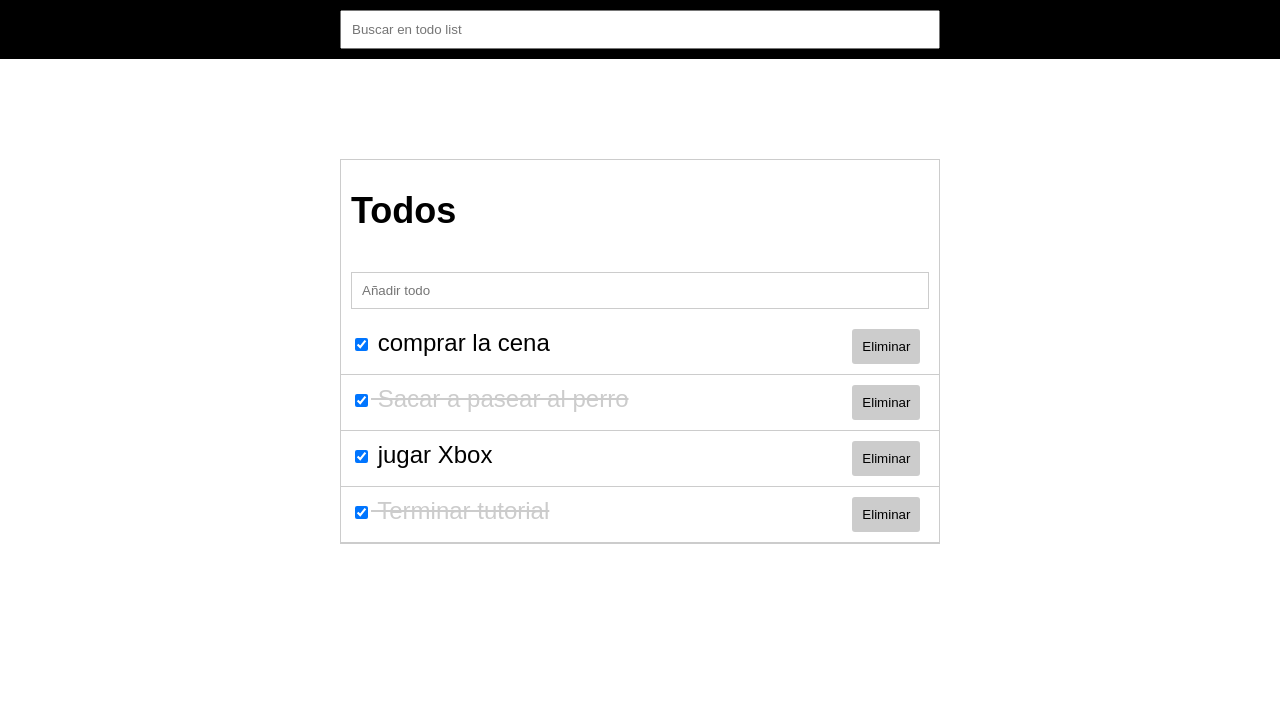
Repository: MauriVaz/Primer-app-con-Vue
Page: /
The author's editor kept a copy of each file at every save. The page is drawn from the files as they stood at one save, then again after the next save.
The browser window is 1280 px wide. The pictures show the whole page.
The project was rebuilt for these pictures with package versions that can differ from the ones it lists, and the page was loaded fresh each time. Also part of the build but not shown: vue.config.js.

Above is the page before, as saved 2022-12-28 21:56:41.

### public/index.html
<!DOCTYPE html>
<html lang="">
  <head>
    <meta charset="utf-8">
    <meta http-equiv="X-UA-Compatible" content="IE=edge">
    <meta name="viewport" content="width=device-width,initial-scale=1.0">
    <link rel="icon" href="<%= BASE_URL %>favicon.ico">
    <title><%= htmlWebpackPlugin.options.title %></title>
  </head>
  <body>
    <noscript>
      <strong>Por favor activa Javascript</strong>
    </noscript>
    <div id="app"></div>
    <!-- built files will be auto injected -->
  </body>
</html>

### src/App.vue
<template>
  <div>
    <div id="header">
      <Search v-on:query-change="querySearch" />
    </div>

    <div id="main-container">
      <h2>Todos</h2>
      <TodoAdd v-on:add-todo="addTodo"/>
      <Todos v-bind:todoslist="copyTodos" v-on:delete-todo="deleteTodo" />
    </div>
  </div>
</template>

<script>
//import HelloWorld from './components/HelloWorld.vue'
import Search from './components/Search';
import Todos from './components/Todos';
import TodoAdd from './components/TodoAdd';

export default {
  name: 'App',
  components: {
    Todos, TodoAdd, Search
  },
  methods: {
    deleteTodo(id){
      this.todos = this.todos.filter(todo => todo.id != id);
      this.copyTodos = [...this.todos];
    },
    addTodo(todo){
      this.todos.push(todo);
      this.copyTodos = [...this.todos];
    },
    querySearch(query){
      if(query.trim() === ''){
        this.copyTodos = [...this.todos];
      }else{
        const temp = this.todos.filter(todo =>{
          return todo.title.includes(query)
        });

        this.copyTodos = [...temp];
      }
    }
  },
  data(){
    return {
      todos: [
        {
          id: 0,
          title:  'comprar la cena',
          completed: false
        },
        {
         id: 1,
         title: 'Sacar a pasear al perro',
         completed: true
       },
       {
         id: 2,
         title: 'jugar Xbox',
         completed: false
       },
       {
         id: 3,
         title: 'Terminar tutorial',
         completed: true
       }
      ],
      copyTodos: []
    }
  },
  created(){
    this.copyTodos = [...this.todos];
  }
}
</script>

<style>
  *{
    box-sizing: border-box;
  }

  body{
    font-family: Arial, Helvetica, sans-serif;
    font-size: 1.5em;
    padding: 0;
    margin: 0;
  }

  #main-container{
    border: solid 1px #ccc;
    width: 600px;
    margin: 100px auto;
  }

  #header{
    background: black;
    padding: 10px;
  }

  h2{
    padding: 0 10px;
  }
</style>

### src/components/Search.vue
<!-- eslint-disable vue/multi-word-component-names -->
<template>
    <div id="search-container">
        <input type="text" placeholder="Buscar en todo list" v-model="query" v-on:input="$emit('query-change', query)">
    </div>
</template>

<script>
export default {
    // eslint-disable-next-line vue/multi-word-component-names
    name: 'Search',
    data(){
        return {
            query: ''
        }
    }
}
</script>

<style scoped>
    #search-container{
        width: 600px;
        margin: 0 auto;
    }

    input{
        padding: 10px;
        width: 100%;
        outline: none;
    }
</style>

### src/components/Todos.vue
<template>
    <div>
        <div v-bind:key="todo.id" v-for="todo in todoslist">
            <TodoItem v-bind:todo="todo" v-on:delete-todo="$emit('delete-todo', todo.id)" />
        </div>
    </div>
</template>

<script>
import TodoItem from './TodoItem';

    export default {
        // eslint-disable-next-line vue/multi-word-component-names
        name: 'Todos',
        props: ['todoslist'],
        components:{TodoItem}
    }
</script>

<style></style>

### src/components/TodoAdd.vue
<template>
    <div id="add-container">
        <form @submit="addTodo">
            <input type="text" placeholder="Añadir todo" v-model="title">
        </form>
    </div>
</template>

<script>
import { uuid } from 'vue-uuid';

export default {
    name: 'TodoAdd',
    data(){
        return {
            title: ''
        }
    },
    methods:{
        addTodo(e){
            e.preventDefault();

            const newTodo = {
                id: uuid.v4(),
                title: this.title,
                completed: false
            };

            this.title = '';
            this.$emit('add-todo', newTodo);
        }
    }
}
</script>

<style scoped>
    #add-container{
        padding: 10px;
    }
    input{
        padding: 10px;
        outline: none;
        border: solid 1px #ccc;
        width: 100%;
    }
</style>

### src/components/TodoItem.vue
<template>
    <div class="todo" v-bind:class="{completed: todo.completed}">
        <div class="todo-body" >
            <input type="checkbox"
                v-bind:checked="todo.completed ? 'checked': ''"
                v-on:change="checkTodo">
            {{todo.title}}
        </div>

        <div class="todo-actions">
            <button @click="$emit('delete-todo', todo.id)">Eliminar</button>
        </div>
    </div>
</template>

<script>
    export default {
        name: 'TodoItem',
        props: ['todo'],
        methods: {
            checkTodo(){
                // eslint-disable-next-line vue/no-mutating-props
                this.todo.completed =! this.todo.completed;
            }
        }
    }
</script>

<style scoped>
    .todo{
        border-bottom: solid 1px #ccc;
        padding: 10px;
    }

    .todo:not(.completed):hover{
        background-color: #eee;
    }

    .completed{
        color: #ccc;
        text-decoration: line-through;
    }
    .completed .todo-body{
        text-decoration: line-through;
    }

    .todo-body, .todo-actions{
        display: inline-block;
        vertical-align: top;
    }

    .todo-body{
        width: 85%;
    }
    .todo-actions{
        padding: 0 10px;
        width: 10%;
    }

    button{
        border: none;
        border-radius: 3px;
        padding: 10px;
        background-color: #ccc;
        color: black;
    }
    button:hover{
        background-color: #da2020;
        color: white;
    }
</style>

Loaded but not shown: src/main.js (common file)

After the next save:
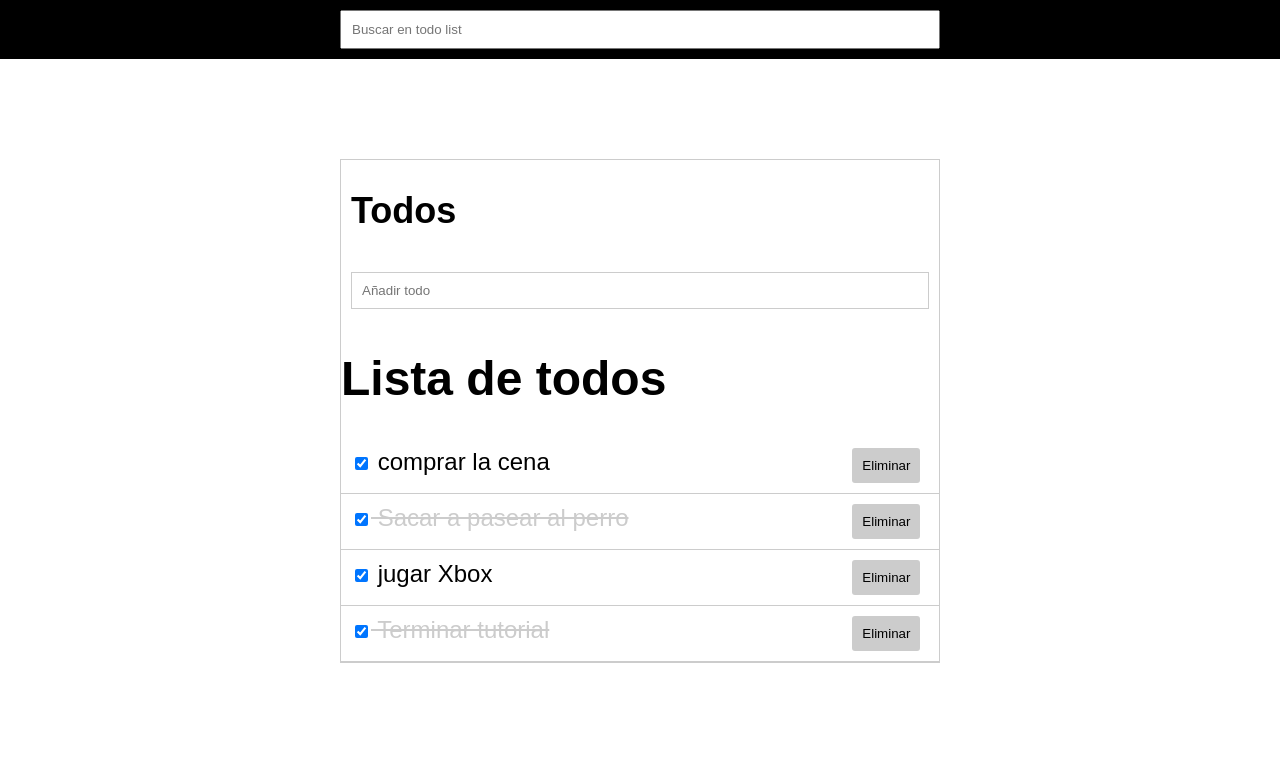
Saved 62 s later.
--- a/src/components/Todos.vue
+++ b/src/components/Todos.vue
@@ -1,5 +1,6 @@
 <template>
     <div>
+        <h1>Lista de todos</h1>
         <div v-bind:key="todo.id" v-for="todo in todoslist">
             <TodoItem v-bind:todo="todo" v-on:delete-todo="$emit('delete-todo', todo.id)" />
         </div>
